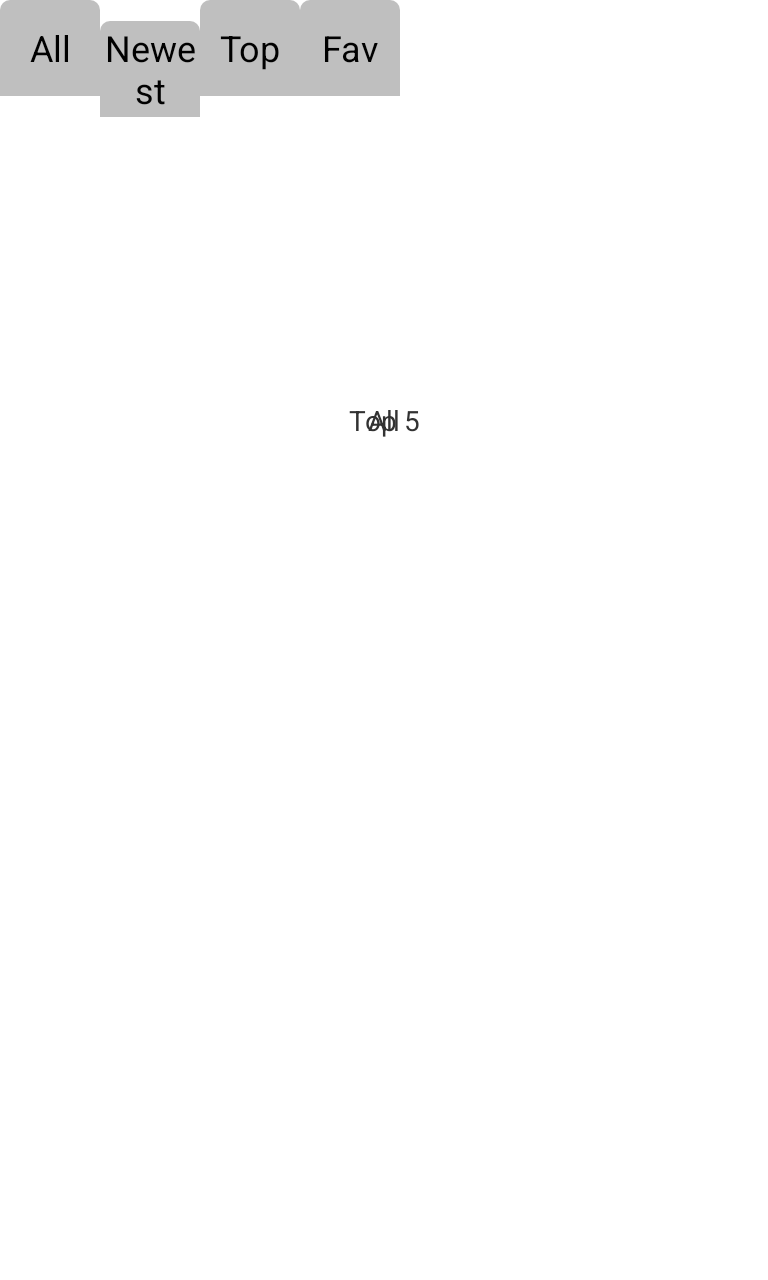
Repository: paceuniversity/gsd2014-team5
Layout: workspace/HealthyEating/res/layout/home_page.xml
An editor plug-in stored every save of this project. The layout is shown before and after the next save, followed by the edit.
It is drawn on a 768 x 1280 px phone screen (xhdpi) without system bars, with theme AppTheme; the app's code is not run. Lists and similar views that code fills are empty.

Above is the layout before, as saved 2014-04-14 21:09:06.

### workspace/HealthyEating/res/layout/home_page.xml
<?xml version="1.0" encoding="utf-8"?>
<LinearLayout xmlns:android="http://schemas.android.com/apk/res/android"
    android:layout_width="match_parent"
    android:layout_height="match_parent"
    android:layout_gravity="bottom"
    android:orientation="vertical" >

    <TabHost
        android:id="@+id/tabhost"
        android:layout_width="match_parent"
        android:layout_height="fill_parent"
        android:layout_weight="0.17" >

        <LinearLayout
            android:layout_width="match_parent"
            android:layout_height="match_parent"
            android:orientation="vertical" >

            <TabWidget
                android:id="@android:id/tabs"
                android:layout_width="match_parent"
                android:layout_height="wrap_content" >
            </TabWidget>

            <FrameLayout
                android:id="@android:id/tabcontent"
                android:layout_width="match_parent"
                android:layout_height="match_parent" >


    	<!-- Home Page Layout Begines -->
                <LinearLayout
                    android:id="@+id/tab1"
                   	android:layout_width="match_parent"
                    android:layout_height="match_parent"
                    android:orientation="vertical"  >

                    <LinearLayout
                    android:id="@+id/homeHealthFacts"
                   	android:layout_width="match_parent"
                    android:layout_height="200dp"
                    android:orientation="vertical"  >

                    </LinearLayout>

                    <TextView android:id="@+id/top5Recipes"
                   	android:layout_width="match_parent"
                    android:layout_height="20dp"
                    android:text="Top 5"
                    android:gravity="center"/>

                    <ListView
       					android:id="@+id/top20"
        				android:layout_width="match_parent"
        				android:layout_height="match_parent">
    				</ListView>

                </LinearLayout>
		<!-- Home Page Layout Ends -->


                <LinearLayout
                    android:id="@+id/tab2"
                    android:layout_width="match_parent"
                    android:layout_height="match_parent"
                    android:orientation="vertical" >

                   <LinearLayout
                    android:id="@+id/recipeButtonHolder"
                    android:layout_width="fill_parent"
                    android:layout_height="200dp"
                    android:orientation="horizontal" >

                    <Button
                    android:id="@+id/allRecipesB"
                    android:layout_width="50dp"
                    android:layout_height="wrap_content"
                    android:background="@drawable/textlview_rounded_corners"
                    android:text="All"/>

                    <Button
                    android:id="@+id/newestRecipesB"
                    android:layout_width="50dp"
                    android:layout_height="wrap_content"
                    android:background="@drawable/textlview_rounded_corners"
                    android:text="Newest"/>

                    <Button
                    android:id="@+id/topRatedRecipesB"
                    android:layout_width="50dp"
                    android:layout_height="wrap_content"
                    android:background="@drawable/textlview_rounded_corners"
                    android:text="Top"/>

                    <Button
                    android:id="@+id/favRecipesB"
                    android:layout_width="50dp"
                    android:layout_height="wrap_content"
                    android:background="@drawable/textlview_rounded_corners"
                    android:text="Fav"/>

                       </LinearLayout>

                    <TextView android:id="@+id/recipesCatogoryTV"
                   		android:layout_width="match_parent"
                    	android:layout_height="20dp"
                    	android:text="All"
                    	android:gravity="center"/>

                    <ListView
       					android:id="@+id/allReecipesListView"
        				android:layout_width="match_parent"
        				android:layout_height="fill_parent">
    				</ListView>

                </LinearLayout>

                <LinearLayout
                    android:id="@+id/tab3"
                    android:layout_width="match_parent"
                    android:layout_height="match_parent"
                    android:orientation="vertical" >
                </LinearLayout>
            </FrameLayout>
        </LinearLayout>
    </TabHost>

</LinearLayout>

### workspace/HealthyEating/res/drawable-hdpi/textlview_rounded_corners.xml
<?xml version="1.0" encoding="utf-8"?>
<shape xmlns:android="http://schemas.android.com/apk/res/android"

    android:shape="rectangle" >

    <solid android:color="#88888888" />
    <corners
        android:topLeftRadius="5dp"
        android:topRightRadius="5dp"
         />

</shape>

Loaded but not shown: workspace/HealthyEating/res/values/styles.xml (common file); workspace/HealthyEating/res/values-v11/styles.xml (common file); workspace/HealthyEating/res/values-v14/styles.xml (common file)

After the next save:
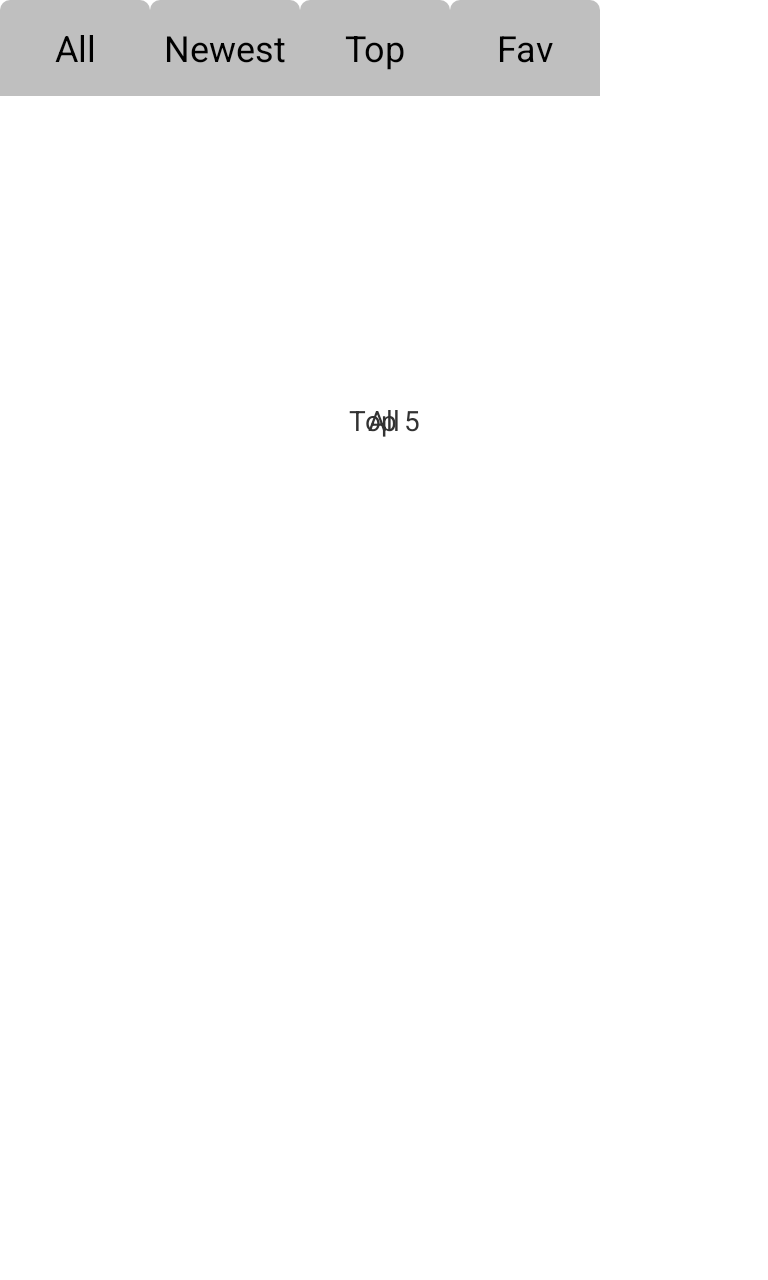
Saved 2 min 3 s later.
--- a/workspace/HealthyEating/res/layout/home_page.xml
+++ b/workspace/HealthyEating/res/layout/home_page.xml
@@ -73,28 +73,28 @@
 
                     <Button
                     android:id="@+id/allRecipesB"
-                    android:layout_width="50dp"
+                    android:layout_width="75dp"
                     android:layout_height="wrap_content"
                     android:background="@drawable/textlview_rounded_corners"
                     android:text="All"/>
 
                     <Button
                     android:id="@+id/newestRecipesB"
-                    android:layout_width="50dp"
+                    android:layout_width="75dp"
                     android:layout_height="wrap_content"
                     android:background="@drawable/textlview_rounded_corners"
                     android:text="Newest"/>
 
                     <Button
                     android:id="@+id/topRatedRecipesB"
-                    android:layout_width="50dp"
+                    android:layout_width="75dp"
                     android:layout_height="wrap_content"
                     android:background="@drawable/textlview_rounded_corners"
                     android:text="Top"/>
 
                     <Button
                     android:id="@+id/favRecipesB"
-                    android:layout_width="50dp"
+                    android:layout_width="75dp"
                     android:layout_height="wrap_content"
                     android:background="@drawable/textlview_rounded_corners"
                     android:text="Fav"/>
